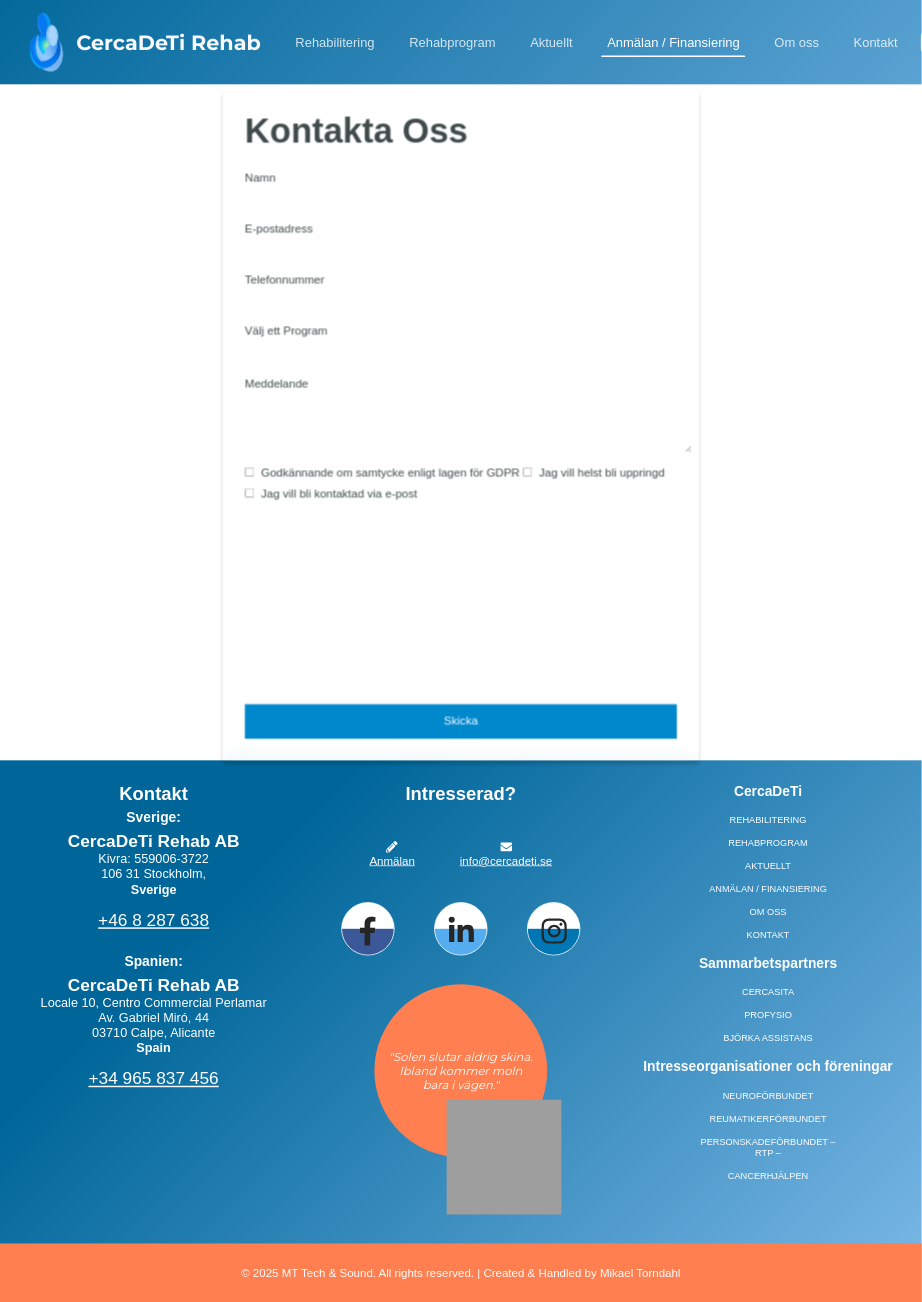
Repository: micketorndahl/CercaDeTi-rehab
Page: anmalan-form.html
An editor plug-in stored every save of this project. The page is shown before and after the next save, followed by the edit.
The browser window is 1280 px wide. The pictures show the whole page, at 72% of full size.
Pictures or frames that could not be fetched are drawn as grey boxes. The page's requests for data from a server got no answer. Some web fonts or font styles are not loaded; a fallback is used. Some web libraries are served in a nearby version.

Above is the page before, as saved 2025-02-01 18:28:43.
Console error: TypeError: Cannot read properties of null (reading 'addEventListener')

### anmalan-form.html
<!DOCTYPE html>
<html lang="en">
  <head>
    <meta charset="UTF-8" />
    <meta name="viewport" content="width=device-width, initial-scale=1.0" />

    <link
      rel="stylesheet"
      href="https://use.fontawesome.com/releases/v5.6.3/css/all.css"
      integrity="sha384-UHRtZLI+pbxtHCWp1t77Bi1L4ZtiqrqD80Kn4Z8NTSRyMA2Fd33n5dQ8lWUE00s/"
      crossorigin="anonymous"
    />

    <script src="https://cdnjs.cloudflare.com/ajax/libs/font-awesome/5.15.4/js/all.min.js"></script>

    <link rel="stylesheet" href="style.css" />
    <link rel="stylesheet" href="tailwind.css" />
    <title>CercaDeTi Rehab</title>
  </head>
  <body>
    <div class="site-container">
      <header class="header">
        <div class="logo-wrapper">
          <div class="logo">
            <div class="logo-and-text">
              <a href="index.html">
                <img src="/images/cropped-CDTR.gif" alt="Logo" />
                <h1 class="cercadeti">CercaDeTi Rehab</h1>
              </a>
            </div>
          </div>
        </div>

        <nav class="main-nav">
          <div class="nav-container">
            <ul>
              <li>
                <a href="rehabilitering.html">Rehabilitering</a>
              </li>
              <li><a href="rehabprogram.html">Rehabprogram</a></li>
              <li><a href="aktuellt.html">Aktuellt</a></li>
              <li>
                <a href="anmalan-finans.html" class="active"
                  >Anmälan / Finansiering</a
                >
              </li>
              <li><a href="om-oss.html">Om oss</a></li>
              <li><a href="kontakt.html">Kontakt</a></li>
            </ul>
          </div>
        </nav>

        <div class="social-container">
          <div class="social">
            <ul>
              <li>
                <a href="https://www.facebook.com/CercadetiRehab/"
                  ><i class="fab fa-facebook-f icon"></i
                ></a>
              </li>
              <li>
                <a href="https://www.linkedin.com/company/cercadeti-rehab-ab"
                  ><i class="fab fa-linkedin-in icon"></i
                ></a>
              </li>
              <li>
                <a href="https://www.instagram.com/cercadetirehab/"
                  ><i class="fab fa-instagram icon"></i
                ></a>
              </li>
            </ul>
          </div>
        </div>
      </header>

      <div class="content">
        <div class="form-container">
          <form class="contact-form">
            <h2>Kontakta Oss</h2>

            <label for="name">Namn</label>
            <input type="text" id="name" name="name" required />

            <label for="email">E-postadress</label>
            <input type="email" id="email" name="email" required />

            <label for="phone">Telefonnummer</label>
            <input type="tel" id="phone" name="phone" required />

            <label for="program">Välj ett Program</label>
            <select id="program" name="program" required>
              <option value="neurorehab">Neurorehab</option>
              <option value="reumarehab">Reumarehab</option>
              <option value="cancerrehab">Cancerrehab</option>
              <option value="stressrehab">Stressrehab</option>
              <option value="närståendeprogram">Närståendeprogram</option>
            </select>

            <label for="message">Meddelande</label>
            <textarea id="message" name="message" rows="4" required></textarea>

            <div class="checkbox-container">
              <input type="checkbox" id="gdpr" name="gdpr" required />
              <label for="gdpr"
                >Godkännande om samtycke enligt lagen för GDPR</label
              >

              <input type="checkbox" id="call" name="call" />
              <label for="call">Jag vill helst bli uppringd</label>

              <input type="checkbox" id="emailContact" name="emailContact" />
              <label for="emailContact"
                >Jag vill bli kontaktad via e-post</label
              >
            </div>

            <p class="info-text">
              Du är alltid välkommen att kontakta oss. Dina uppgifter hanteras
              enligt vår Integritetspolicy och samtycke enligt GDPR när du
              sänder information till oss.
            </p>

            <button type="submit" class="submit-btn">Skicka</button>
          </form>
        </div>
      </div>

      <!-- FOOTER START -->
      <footer class="footer-container">
        <div class="footer-top">
          <div class="footarea1 footer-shared">
            <h3>Kontakt</h3>

            <address class="address-shared address-se">
              <h5>Sverige:</h5>
              <strong
                ><span class="address-company-name"
                  >CercaDeTi Rehab AB</span
                ></strong
              ><br />
              <span class="address-location">Kivra: 559006-3722</span><br />
              <span class="address-city">106 31 Stockholm,</span><br />
              <span class="address-country"
                ><strong>Sverige</strong><br
              /></span>
              <br />
              <span class="telephone"
                ><a href="tel:+468287638">+46 8 287 638</a></span
              >
            </address>

            <div class="address-shared address-es">
              <address>
                <h5>Spanien:</h5>
                <strong
                  ><span class="address-company-name"
                    >CercaDeTi Rehab AB</span
                  > </strong
                ><br />
                <span class="address-location"
                  >Locale 10, Centro Commercial Perlamar</span
                ><br />
                <span class="address-street">Av. Gabriel Miró, 44</span><br />
                <span class="address-city">03710 Calpe, Alicante<br /></span>
                <span class="address-country"
                  ><strong>Spain</strong><br
                /></span>
                <br />
                <span class="telephone"
                  ><a href="tel:+34965837456">+34 965 837 456</a></span
                >
              </address>
            </div>
          </div>
          <div class="footarea2 footer-shared">
            <h3>Intresserad?</h3>
            <div class="footarea2-links">
              <a href=""><i class="fas fa-pencil-alt"></i> Anmälan</a>
              <a href="mailto:info@cercadeti.se"
                ><i class="fas fa-envelope"></i> info@cercadeti.se</a
              >
            </div>
            <div class="social-footer">
              <ul>
                <li>
                  <a href="https://www.facebook.com/CercadetiRehab/">
                    <i class="fab fa-facebook-f icon"></i>
                  </a>
                </li>

                <li>
                  <a href="https://www.linkedin.com/company/cercadeti-rehab-ab"
                    ><i class="fab fa-linkedin-in icon"></i
                  ></a>
                </li>
                <li>
                  <a href="https://www.instagram.com/cercadetirehab/"
                    ><i class="fab fa-instagram icon"></i
                  ></a>
                </li>
              </ul>
            </div>
            <div class="image-container-footer">
              <div class="image-wrapper">
                <p class="footer-quote">
                  "Solen slutar aldrig skina. Ibland kommer moln bara i vägen."
                </p>
                <img src="images/weelchair.icon.png" alt="wheelchair-icon" />
              </div>
            </div>
          </div>
          <div class="footarea3 footer-shared">
            <nav class="footer-nav">
              <div class="link-column1">
                <h4>CercaDeTi</h4>
                <ul>
                  <li><a href="rehabilitering.html">Rehabilitering</a></li>
                  <li><a href="rehabprogram.html">Rehabprogram</a></li>
                  <li><a href="aktuellt.html">Aktuellt</a></li>
                  <li>
                    <a href="anmalan-finans.html">Anmälan / Finansiering</a>
                  </li>
                  <li><a href="om-oss.html">Om oss</a></li>
                  <li><a href="kontakt.html">Kontakt</a></li>
                </ul>
              </div>

              <div class="link-column2">
                <h4>Sammarbetspartners</h4>
                <ul>
                  <li><a href="https://cercasita.com/">Cercasita</a></li>
                  <li><a href="https://profysio.es/">ProFysio</a></li>
                  <li>
                    <a href="https://www.bjorka-assistans.se/"
                      >Björka Assistans</a
                    >
                  </li>
                </ul>
              </div>

              <div class="link-column3">
                <h4>Intresseorganisationer och föreningar</h4>
                <ul>
                  <li><a href="https://neuro.se/">Neuroförbundet</a></li>
                  <li>
                    <a href="https://reumatiker.se/">Reumatikerförbundet</a>
                  </li>
                  <li>
                    <a href="https://rtp.se/">Personskadeförbundet – RTP – </a>
                  </li>
                  <li>
                    <a href="http://www.cancerhjalpen.se/">Cancerhjälpen</a>
                  </li>
                </ul>
              </div>
            </nav>
          </div>
        </div>
        <div class="footer-bottom">
          <div class="copyright">
            &copy; 2025 MT Tech &amp; Sound. All rights reserved. | Created
            &amp; Handled by Mikael Torndahl
          </div>
          <div class="additional-info"></div>
        </div>
      </footer>
      <!-- FOOTER END -->
    </div>
    <!-- SCRIPT SRCS -->
    <script src="js/script.js"></script>
    <script src="js/weather-api.js"></script>
  </body>
</html>

### style.css
@import url("css/reset.css");
@import url("css/standard.css");
@import url("css/variables.css");
@import url("css/typography.css");
@import url("css/layout.css");
@import url("css/navigation.css");
@import url("css/post.css");
@import url("css/footer.css");
@import url("css/searchbox.css");
@import url("css/page-templates.css");
@import url("css/mq-tablet.css");
@import url("css/mq-phone.css");
@import url("css/effects.css");

### css/standard.css
/*
/* STANDARD
*/

html {
  scroll-behavior: smooth;
}

a {
  text-decoration: none;
}

[class*="fa"]:not([class*="fab"]) {
  display: block;
  margin: 0 auto;
  padding: 0.2rem;
}

### css/typography.css
/*
/* HEADLINES
*/

body {
  background-color: var(--white);
  color: var(--gray-paragraph);
  font-style: normal;
}

.content p,
.container-index p {
  font-size: 1.5rem;
  font-weight: 300;
  white-space: pre-wrap;
  text-align: center;
  margin: 0.5rem;
  word-wrap: break-word;
  line-height: 1.5;
}

body,
.content p,
container-index p,
.address-company-name,
address span,
h1,
h2,
h3,
h4,
h5,
h6 {
  font-family: var(--font-secondary), sans-serif;
  margin: 0;
  padding: 0;
}

h1,
h2,
h3,
h4,
h5,
h6 {
  font-weight: bold;
}

h1 {
  font-size: 2rem;
}
h2 {
  font-size: calc(5rem + 1vw);
}

h3 {
  font-size: 1.6rem;
  color: var(--white);
  margin-bottom: 0.5rem;
}
h4 {
  font-size: 1.2rem;
  color: var(--white);
  margin-bottom: 0.5rem;
}
h5 {
  font-size: 1.2rem;
  font-style: normal;
  padding: 0;
}
h6 {
  font-size: 1rem;
}

.banner-content h2 {
  font-family: var(--font-ten), sans-serif;
  font-size: 6rem;
  font-style: bold;
  line-height: 1.2;
  margin-top: 0.5rem;
  color: var(--white);
}

.address-company-name {
  font-size: 1.5rem;
  font-weight: bold;
  font-style: normal;
}

address span {
  font-style: normal;
  font-size: 1.1rem;
  font-weight: 400;
  margin: 0;
  padding: 0;
}

### css/layout.css
/*
/* LAYOUT
*/

.site-container {
  flex: 1;
  display: flex;
  flex-direction: column;
  margin: 0 auto;
  width: 100%;
}

.header {
  background: linear-gradient(
    135deg,
    var(--color-quaternary) 25%,
    var(--color-tertiary) 100%
  );
  background-size: 200% 100%;
  display: flex;
  justify-content: space-between;
  align-items: center;
  margin: 0;
  z-index: 1000;
  width: 100%;
  position: fixed;
  box-shadow: 0 1px 3px rgba(0, 0, 0, 0.1), 0 1px 2px rgba(0, 0, 0, 0.06);
  animation: shineEffect 7s infinite linear;
}

.header > div {
  flex: 1; /* Makes each section take up equal space */
}

.logo-wrapper {
  display: flex;
  flex-direction: row;
  justify-content: center;
  flex-grow: 1;
  flex-shrink: 0;
  position: relative;
  animation: shineEffect 4s ease-in-out infinite;
}

@keyframes shineEffect {
  0% {
    background-position: 0% 50%;
    box-shadow: 0 0 10px var(--background-color-blue);
  }
  50% {
    background-position: 100% 50%;
    box-shadow: 0 0 20px var(--background-color-light-blue);
  }
  100% {
    background-position: 0% 50%;
    box-shadow: 0 0 10px var(--background-color-blue);
  }
}

.logo {
  display: flex;
  flex-direction: row;
  align-items: center;
  padding: 0;
}

.logo img {
  width: 50px;
  height: 85px;
  transition: transform 0.3s ease-in-out, filter 0.3s ease-in-out;
  padding: 0 1rem;
}

.logo img {
  animation: pulse 2.5s infinite;
}

@keyframes pulse {
  0%,
  100% {
    transform: scale(1);
    filter: brightness(1) hue-rotate(0deg) saturate(1);
  }
  50% {
    transform: scale(1.05);
    filter: brightness(1.1) hue-rotate(10deg) saturate(1.3);
  }
}

.logo-and-text {
  display: flex;
  flex-direction: row;
  justify-content: center;
  align-items: center;
  margin: 0;
  padding: 1rem 1.5rem;
}

.logo-and-text a {
  display: flex;
  flex-direction: row;
  align-items: center;
}

h1.cercadeti {
  font-family: var(--font-eight), sans-serif;
  font-size: 1.8rem;
  font-weight: 700;
  color: var(--ghost-white);
  white-space: nowrap;
}

.ctas-container {
  display: flex;
  justify-content: center;
  align-items: center;
}

.button-CTA {
  background-color: var(--color-secondary);
  padding: 1rem 2.6rem;
  border-radius: 3rem;
  box-shadow: rgba(0, 0, 0, 0.1) 0 2px 4px;
  color: #ffffff;
  font-family: Pontano Sans, sans-serif;
  font-size: 1rem;
  font-weight: 500;
  outline: 0;
  text-align: center;
  text-transform: uppercase;
  text-decoration: none;
  margin: 2rem 0.5rem;
  border: 0;
  cursor: pointer;
  transition: all 0.3s ease-in-out;
  position: relative;
  z-index: 1;
  transform-origin: center;
}

/* First button: Transparent effect on hover */
.button-CTA:nth-of-type(1) {
  background-color: var(--color-primary);
}

.button-CTA:nth-of-type(1):hover {
  background-color: rgba(227, 227, 227, 0.1);
  color: white;
  /* Use outline instead of border */
  outline: 1px solid var(--color-primary); /* Or 2px as you prefer */
  outline-offset: -1px; /* Adjust if needed to make outline appear as border */
  box-shadow: rgba(0, 0, 0, 0.2) 0 4px 8px;
  transform: scale(1.05);
}

/* Second button: More vibrant on hover */
.button-CTA:nth-of-type(2) {
  background-color: var(--color-secondary);
}

.button-CTA:nth-of-type(2):hover {
  background-color: #ff5722;
  box-shadow: rgba(0, 0, 0, 0.25) 0 6px 12px;
  /* Scale on hover */
  transform: scale(1.05); /* Adjust scale factor as desired */
}

.button-CTA:active {
  transform: translateY(1px) scale(0.95); /* Scale down slightly on active */
  box-shadow: rgba(0, 0, 0, 0.1) 0 2px 4px;
}

.banner {
  position: relative;
  display: flex;
  flex-direction: column;
  min-height: 100vh;
  background-image: url(../images/banner-index.jpg);
  background-repeat: no-repeat;
  background-size: cover;
  background-attachment: fixed;
  background-position: center top;
  padding-top: 100px;
}

.banner::before {
  content: "";
  position: absolute;
  top: 0;
  left: 0;
  width: 100%;
  height: 60%; /* Only darken the top part */
  background: linear-gradient(to bottom, rgba(0, 0, 0, 0.6), rgba(0, 0, 0, 0));
  z-index: 1;
}

#banner-aktuellt {
  background-image: url(../images/banner-aktuellt.jpg);
}

#banner-anmalan-finans {
  background-image: url(../images/banner-anmalan-finans.jpg);
}

#banner-kontakt {
  background-image: url(../images/rehab10.jpg);
  background-position: center center;
}

#banner-om-oss {
  background-image: url(../images/rehab11.jpg);
  background-position: center center;
}

#banner-rehabilitering {
  background-image: url(../images/banner-rehabilitering.jpg);
}

.banner-content {
  position: relative;
  z-index: 2; /* Ensures the text appears above the dark overlay */
  display: flex;
  flex-direction: column;
  justify-content: space-around;
  align-items: center;
}

.slogan {
  padding: 5rem;
  color: var(--white);
  text-align: center;
}

.content {
  width: 60%;
  margin: 0 auto;
  display: flex;
  align-items: center; /* Vertically center grid items */
  justify-content: center; /* Horizontally align items */
}

.content-3col {
  display: grid;
  grid-template-columns: 1fr 3fr 1fr; /* Left Sidebar - Main Content - Right Sidebar */
  grid-template-rows: auto; /* Allow content to dictate height */
  grid-template-areas: "left main right"; /* Define named grid areas */
}

section.main {
  grid-column:
  display: flex;
  flex-direction: column;
  text-align: center;
  background: var(--white);

}

section.main h2 {
  font-size: 3rem;
  color: var(--text-dark);
}

aside {
  display: flex;
  flex-direction: column;
  justify-content: center;
  align-items: center;
}

aside.sidebar-left {
  grid-column: 1;
  display: flex;
  align-items: center; /* Vertically center content */
  justify-content: center; /* Horizontally center content */
}

aside.sidebar-right {
  grid-column: 3;
  display: flex;
  align-items: center;
  justify-content: center; /* Ensures vertical centering */
}

aside h3 {
  color: var(--text-dark);
}

.form-container {
  background: rgba(255, 255, 255, 0.1);
  backdrop-filter: blur(10px);
  margin-top: 8rem;
  padding: 30px;
  border-radius: var(--border-radius);
  width: 100%;
  max-width: 600px;
  box-shadow: 0 4px 6px rgba(0, 0, 0, 0.2);
  transition: transform 0.3s ease-in-out;
}

.form-container:hover {
  transform: translateY(-10px);
}

.

label {
  font-size: 14px;
  margin-bottom: 5px;
  color: var(--darkgray);
}

input, select, textarea {
  width: 100%;
  padding: 10px;
  margin-bottom: 15px;
  border: 1px solid rgba(255, 255, 255, 0.3);
  border-radius: var(--border-radius);
  background: rgba(255, 255, 255, 0.1);
  color: var(--white);
  font-size: 14px;
  outline: none;
}

input[type="checkbox"] {
  width: auto;
  margin-right: 5px;
}

textarea {
  resize: vertical;
}

.checkbox-container {
  margin-bottom: 20px;
}

.info-text {
  color: var(--white);
  font-size: 12px;
  margin-bottom: 20px;
}

.submit-btn {
  background-color: var(--color-primary);
  color: var(--white);
  border: none;
  padding: 15px;
  font-size: 16px;
  width: 100%;
  border-radius: var(--border-radius);
  cursor: pointer;
  transition: background-color 0.3s ease;
}

.submit-btn:hover {
  background-color: darken(var(--color-primary), 10%);
}

### css/navigation.css
/* NAV */

.main-nav {
  display: flex;
  justify-content: center;
  align-items: center;
  padding: 0;
  flex-grow: 0;
  flex-shrink: 0;
}

nav.main-nav ul {
  display: flex;
  margin: 0;
  padding: 0;
}

nav.main-nav ul li {
  list-style: none;
  margin: 0 1rem;
}

.main-nav a {
  position: relative;
  display: inline-block;
  padding: 0.5rem;
  text-decoration: none;
  transition: color 0.2s ease-in-out;
}

nav.main-nav ul li a {
  font-family: var(--font-secondary), sans-serif;
  font-size: 18px;
  font-weight: 400;
  line-height: 1rem;
  /* Slightly darker default color */
  color: var(--dullwhite);
  text-decoration: none;
  transition: all 0.4s ease-in-out;
}

nav.main-nav ul li a:hover {
  color: var(--white); /* Brighter on hover */
}

nav.main-nav ul li a.active {
  color: var(--white); /* Brightest when active */
}

nav.main-nav ul li a.active::after {
  content: "";
  position: absolute;
  left: 0;
  bottom: -4px;
  width: 100%;
  height: 1px; /* Adjusted height here */
  background-color: var(--white);
  border-radius: 2px;
  transition: transform 0.3s ease, background-color 0.3s ease;
}

/* Hover underline that grows from the left */
nav.main-nav ul li a::after {
  content: "";
  position: absolute;
  left: 0;
  bottom: -4px;
  width: 0;
  height: 1px;
  background-color: var(--white);
  border-radius: 2px;
  transition: width 0.6s ease, background-color 0.6s ease;
  opacity: 0;
}

nav.main-nav ul li a:hover::after {
  width: 100%;
  opacity: 1;
  height: 1px;
}

/* Active link styles */
nav.main-nav ul li a.active::after {
  width: 100%;
  height: 2px; /* Adjusted height here */
  opacity: 1;
}

.social-container {
  display: flex;
  justify-content: center;
  align-items: center;
  flex-grow: 1;
  flex-shrink: 1;
}

.social ul {
  display: flex;
  justify-content: space-evenly;
  margin: 0;
}

.social li {
  margin: 0.5rem;
}

.ctas-container {
  display: flex; /* Aligns buttons side by side */
  justify-content: center;
  align-items: center;
}

### css/post.css
/*
/* POST */
/*

### css/searchbox.css
/*
/* SEARCHBOX */
/*

### css/mq-tablet.css
/*
/* MQ-TABLET */
/*

### css/mq-phone.css
/*
/* MQ-PHONE*/
/*

Loaded but not shown: tailwind.css (library); js/script.js (117 lines, source omitted); js/weather-api.js (90 lines, source omitted); css/page-templates.css (379 lines, source omitted); css/reset.css (364 lines, source omitted); css/effects.css (235 lines, source omitted); css/variables.css (74 lines, source omitted); css/footer.css (189 lines, source omitted)

After the next save:
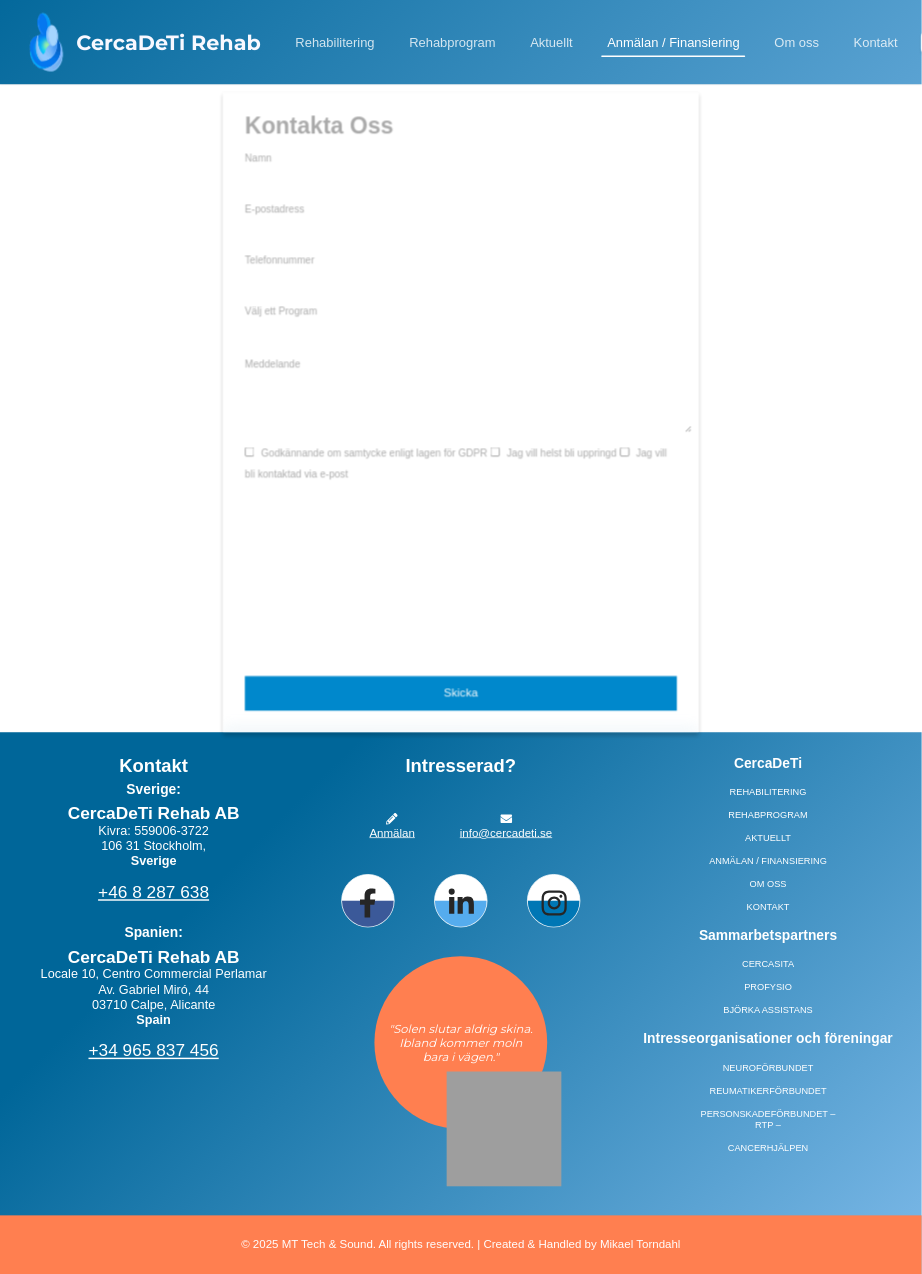
Saved 22 s later.
--- a/css/layout.css
+++ b/css/layout.css
@@ -301,7 +301,11 @@
   transform: translateY(-10px);
 }
 
-.
+.contact-form h2 {
+  font-size: 2rem;
+  margin-bottom: 20px;
+  color: var(--darkgray);
+}
 
 label {
   font-size: 14px;
